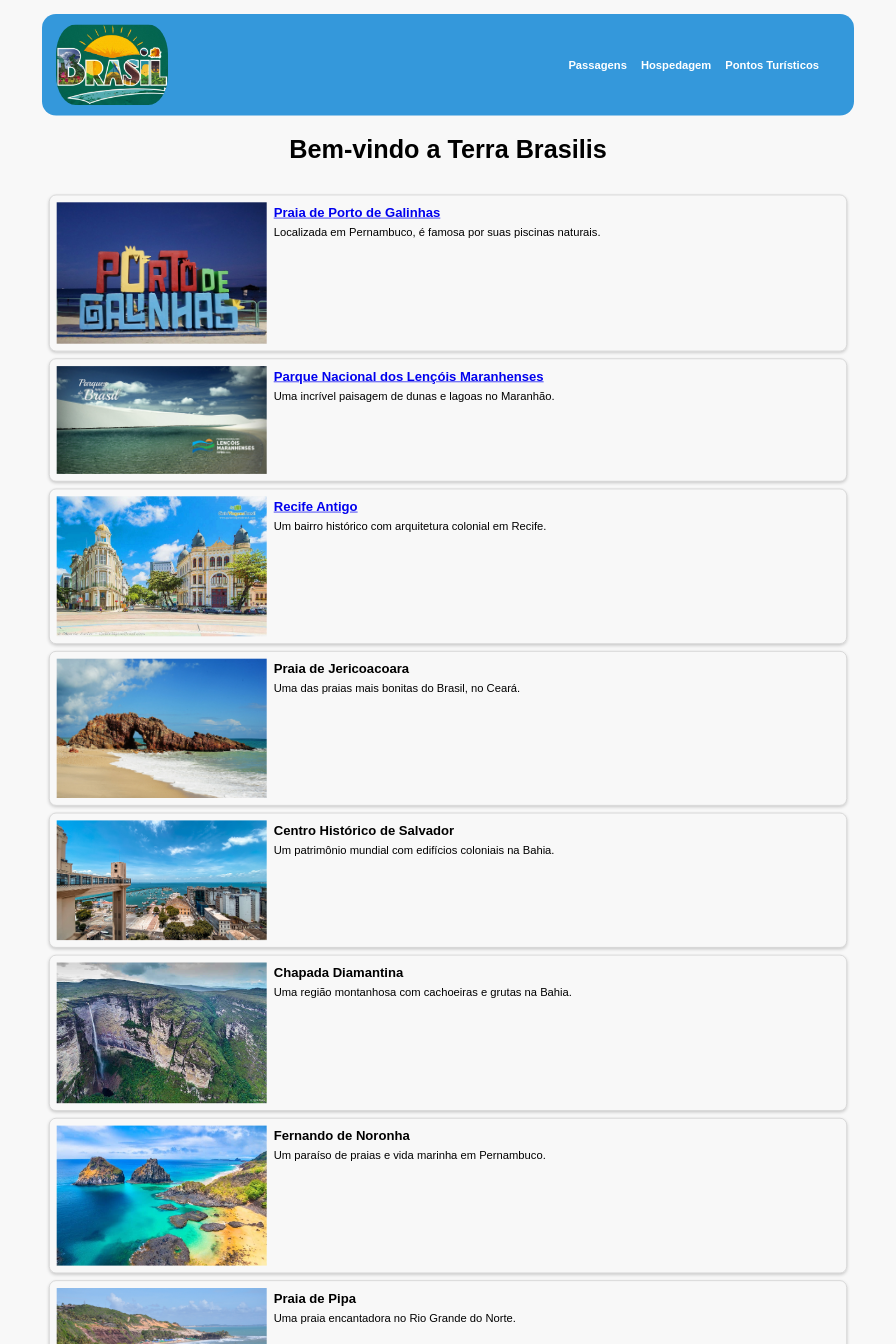
Repository: rodrigototy/ETE-PE
Page: tourism-agency/index.html
An editor plug-in stored every save of this project. The page is shown before and after the next save, followed by the edit.
The browser window is 1280 px wide. The pictures show the part of the page from y = 0 to 1920 px (the page is 2641 px tall before and 3056 px after), at 70% of full size.

Above is the page before, as saved 2024-04-01 10:54:57.

After the next save:
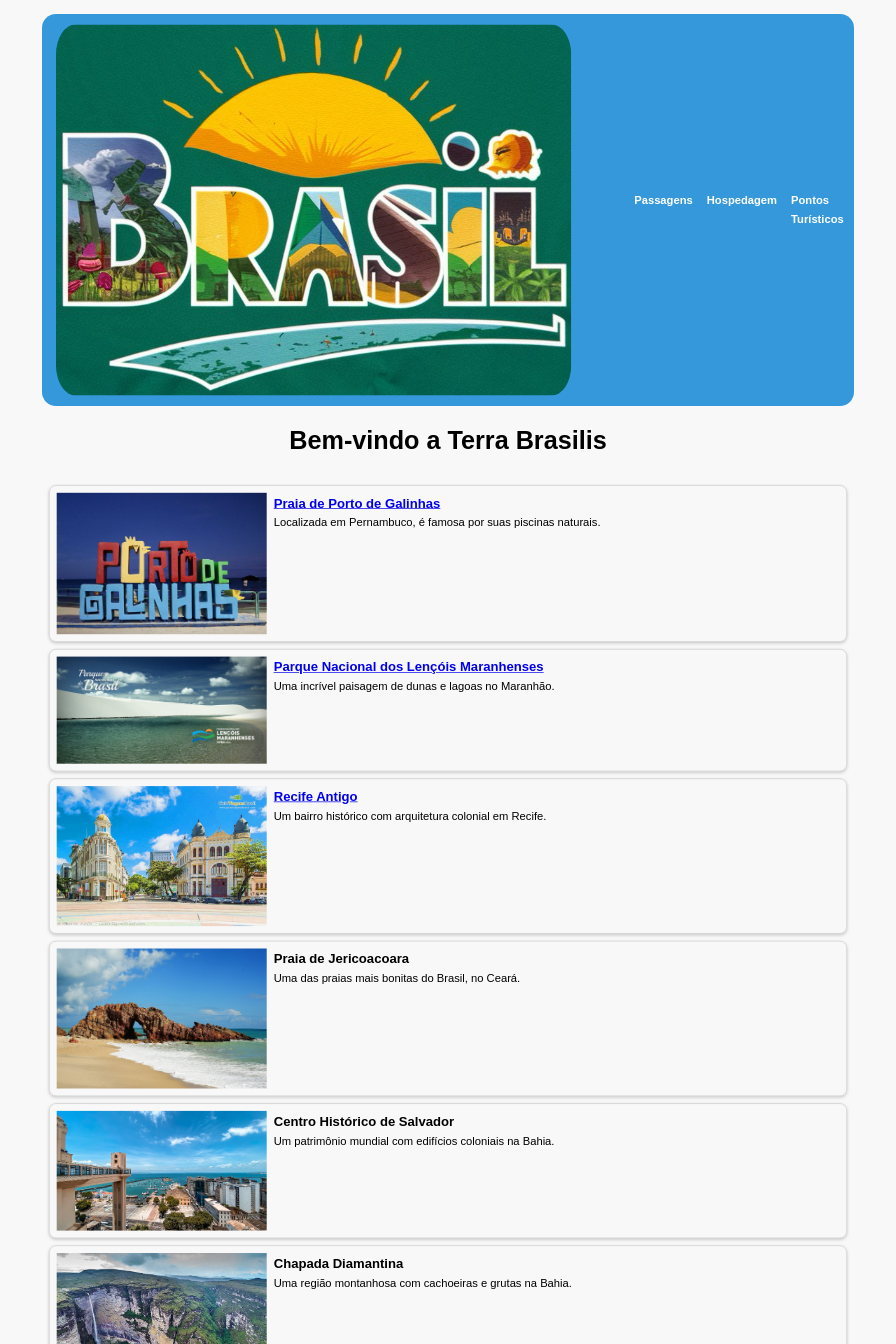
Saved 16 s later.
--- a/tourism-agency/index.html
+++ b/tourism-agency/index.html
@@ -9,7 +9,7 @@
   </head>
   <body>
     <header>
-      <img src="static/img/logo-agency.png" alt="Logotipo Terra Brasilis" width="200"/>
+      <img src="static/img/logo-agency.png" alt="Logotipo Terra Brasilis" height="200"/>
       <nav>
         <ul>
           <li><a href="#">Passagens</a></li>

After the 2 saves that followed:
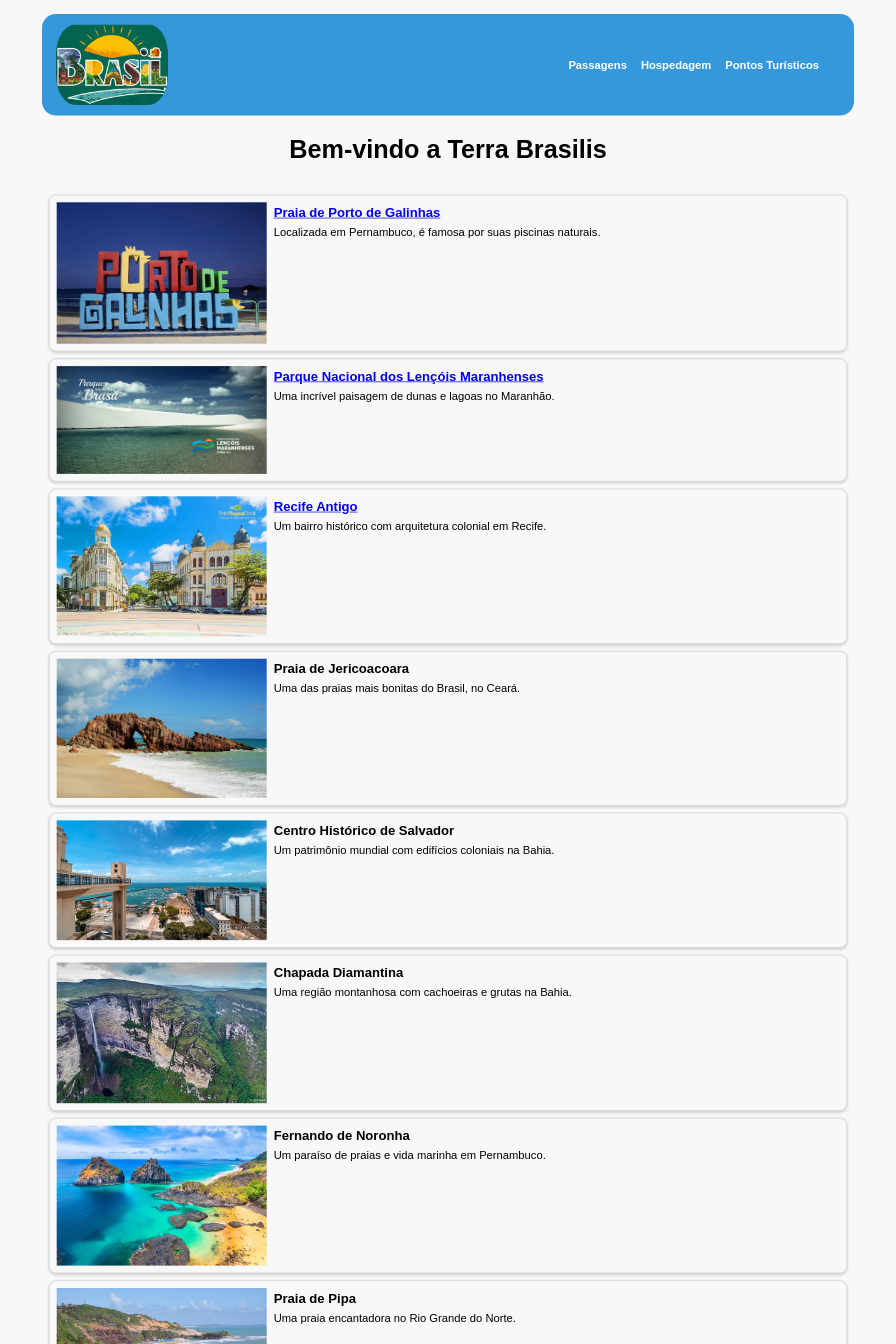
The 2 saves are shown as one change because 1 left the picture as it was.
The last was saved 14 s later.
--- a/tourism-agency/index.html
+++ b/tourism-agency/index.html
@@ -9,7 +9,7 @@
   </head>
   <body>
     <header>
-      <img src="static/img/logo-agency.png" alt="Logotipo Terra Brasilis" height="200"/>
+      <img src="static/img/logo-agency.png" alt="Logotipo Terra Brasilis" width="200"/>
       <nav>
         <ul>
           <li><a href="#">Passagens</a></li>
